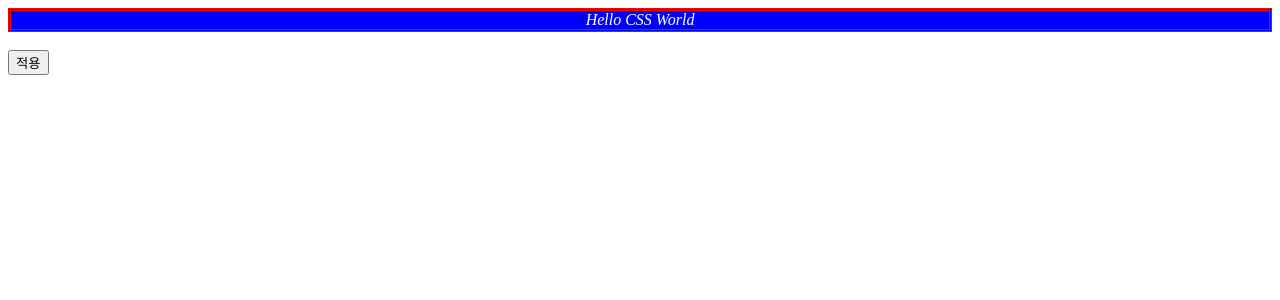
Repository: Seokho96/CSSPractice
Page: css/sample01/WebContent/index3.html
An editor plug-in stored every save of this project. The page is shown before and after the next save, followed by the edit.
The browser window is 1280 px wide. The pictures show the whole page.
After loading, the first visible `button` was clicked once.

Above is the page before, as saved 2020-07-13 01:53:39.

### css/sample01/WebContent/index3.html
<!DOCTYPE html>
<html>
<head>
<meta charset="UTF-8">
<title>Insert title here</title>
</head>
<body>

<div id="demo">Hello CSS World </div>
<br>

<button type="button" onclick="func()">적용</button>

<script type="text/javascript">
function func() {
	let obj = document.getElementById("demo");

	obj.style.color = 'white';
	obj.style.backgroundColor = '#0000ff';
    obj.style.textAlign = 'center';
    obj.style.borderStyle = 'double';
    obj.style.borderColor = '#ff0000';
    obj.style.fontFamily ='MS PGothic';
    obj.style.fontStyle = 'italic';
}

</script>
</body>
</html>

After the next save:
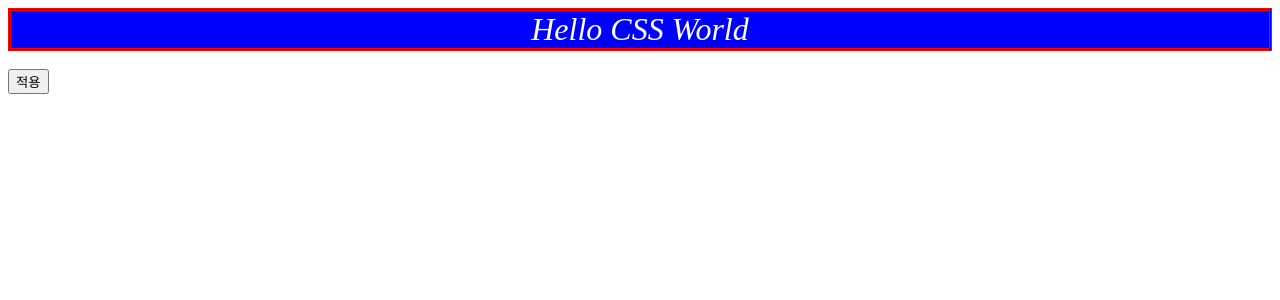
Saved 22 s later.
--- a/css/sample01/WebContent/index3.html
+++ b/css/sample01/WebContent/index3.html
@@ -22,6 +22,7 @@ function func() {
     obj.style.borderColor = '#ff0000';
     obj.style.fontFamily ='MS PGothic';
     obj.style.fontStyle = 'italic';
+    obj.style.fontSize = '24pt';
 }
 
 </script>
